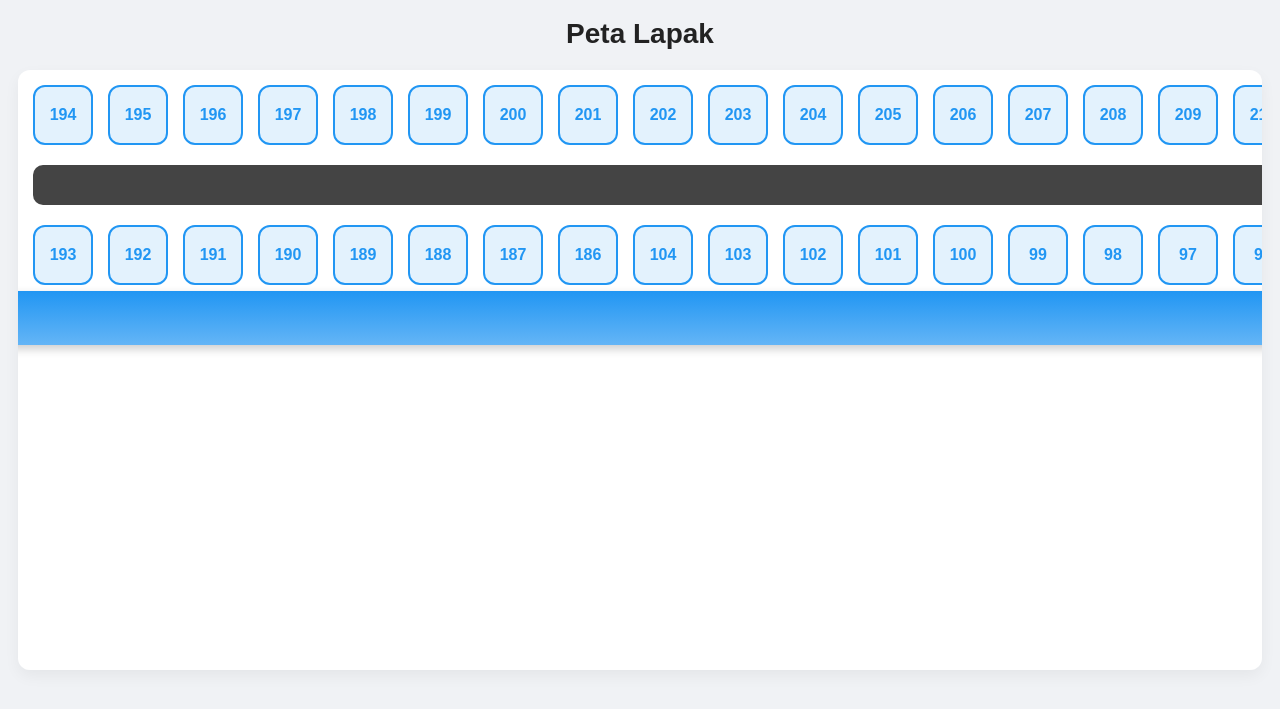
Repository: pasarrakyatbak/denah
Page: index.html
These files come from the project's save history. The page is drawn as it stood at one moment and after a run of saves; the edit follows.
The browser window is 1280 px wide. The pictures show the whole page.

Above is the page before, as saved 2025-09-19 09:15:48.

### index.html
<!DOCTYPE html>
<html lang="id">

<head>
    <meta charset="utf-8" />
    <meta name="viewport" content="width=device-width,initial-scale=1" />
    <title>Peta Lapak</title>
    <link rel="stylesheet" href="style.css" />
</head>

<body>
    <h1>Peta Lapak</h1>

    <div class="scroll-container">
        <div class="h-inner">
            <!-- Baris atas: sisi kanan -->
            <div class="row top" id="right-side"></div>

            <!-- Jalan horizontal -->
            <div class="road" id="road">JALAN</div>

            <!-- Baris bawah: sisi kiri -->
            <div class="row bottom" id="left-side"></div>
        </div>
    </div>

    <script src="script.js"></script>
</body>

</html>

### style.css
/* Reset & Base */
* {
    margin: 0;
    padding: 0;
    box-sizing: border-box;
}

body {
    font-family: 'Poppins', sans-serif;
    background: #f0f2f5;
    color: #222;
    padding: 18px;
    text-align: center;
}

h1 {
    font-size: 28px;
    margin-bottom: 20px;
}

/* Scroll container */
.scroll-container {
    position: relative;
    width: 100%;
    height: 600px;
    overflow-x: auto;
    overflow-y: auto;
    background: #fff;
    border-radius: 12px;
    padding: 15px;
    box-shadow: 0 6px 15px rgba(0, 0, 0, 0.05);
}

/* Flex column */
.h-inner {
    display: flex;
    flex-direction: column;
    gap: 20px;
    min-width: max-content;
}

/* Row lapak */
.row {
    display: flex;
    gap: 15px;
    align-items: center;
    flex-wrap: wrap;
    /* Biar responsif */
    min-width: max-content;
}

/* Kotak lapak modern */
.lapak {
    width: 60px;
    height: 60px;
    border-radius: 12px;
    background: #e3f2fd;
    border: 2px solid #2196f3;
    color: #2196f3;
    font-weight: 600;
    display: flex;
    align-items: center;
    justify-content: center;
    transition: all 0.2s ease;
    cursor: pointer;
    font-size: 16px;
}

.lapak:hover {
    background: #2196f3;
    color: #fff;
    transform: scale(1.1);
    box-shadow: 0 4px 12px rgba(0, 0, 0, 0.15);
}

/* Jalan */
.road {
    height: 40px;
    background: #444;
    color: #fff;
    display: flex;
    align-items: center;
    justify-content: center;
    border-radius: 10px;
    padding: 0 10px;
    min-width: max-content;
}

/* Gerbang */
.jalan-gerbang {
    width: 130px;
    height: 45px;
    background: #ff9800;
    color: #fff;
    display: flex;
    align-items: center;
    justify-content: center;
    border-radius: 10px;
    font-weight: 700;
    transition: all 0.2s;
}

.jalan-gerbang:hover {
    background: #fb8c00;
    transform: scale(1.05);
}

/* Container gapura lintas jalan */
.gapura-container {
    width: 60px;
    height: 60px;
    display: flex;
    flex-direction: column;
    align-items: center;
    justify-content: center;
    gap: 3px;
}

/* Simbol gapura */
.gapura-icon {
    font-size: 22px;
}

/* Panah */
.gapura-arrow {
    font-size: 18px;
    line-height: 1;
}

/* Sungai khusus untuk lapak 62 */
.lapak-wrapper[data-lapak="62"] .sungai-bawah {
    position: absolute;
    top: 100%;
    /* pas di bawah kotak */
    left: 50%;
    transform: translateX(-50%);
    width: 80px;
    /* biar tidak terlalu panjang */
    height: 25px;
    /* lebih kecil */
    background: linear-gradient(to bottom, #2196f3, #64b5f6);
    border-radius: 8px;
    color: #fff;
    font-size: 0.7em;
    font-weight: 600;
    display: flex;
    align-items: center;
    justify-content: center;
    box-shadow: 0 2px 6px rgba(0, 0, 0, 0.2);
    white-space: nowrap;
}

/* Sungai di bawah lapak */
.sungai-bawah {
    position: absolute;
    top: 105%;
    /* sedikit jarak */
    left: 50%;
    transform: translateX(-50%);
    width: 130%;
    /* relatif terhadap lebar lapak */
    height: 90%;
    /* relatif terhadap tinggi lapak */
    background: linear-gradient(to bottom, #2196f3, #64b5f6);
    border-radius: 10px;
    color: #fff;
    font-size: 0.8em;
    font-weight: bold;
    display: flex;
    flex-direction: column;
    align-items: center;
    justify-content: center;
    line-height: 1.2;
    box-shadow: 0 4px 10px rgba(0, 0, 0, 0.2);
}

.sungai-bawah span {
    font-size: 0.7em;
    font-weight: 600;
}

/* Responsive Breakpoints */

/* Tablet landscape & kecil (max 1200px) */
@media(max-width:1200px) {
    .scroll-container {
        height: 500px;
    }

    .lapak {
        width: 55px;
        height: 55px;
        font-size: 15px;
    }
}

/* Tablet portrait (max 900px) */
@media(max-width:900px) {
    .scroll-container {
        height: 450px;
    }

    .lapak {
        width: 50px;
        height: 50px;
        font-size: 14px;
    }

    .jalan-gerbang {
        width: 100px;
        height: 38px;
        font-size: 13px;
    }

    .sungai-bawah {
        width: 120%;
        height: 85%;
        font-size: 0.75em;
    }
}

/* Smartphone (max 600px) */
@media(max-width:600px) {
    body {
        padding: 10px;
    }

    h1 {
        font-size: 22px;
    }

    .scroll-container {
        height: 400px;
        padding: 10px;
    }

    .lapak {
        width: 45px;
        height: 45px;
        font-size: 13px;
    }

    .jalan-gerbang {
        width: 90px;
        height: 34px;
        font-size: 12px;
    }

    .sungai-bawah {
        width: 110%;
        height: 80%;
        font-size: 0.7em;
    }
}

/* Smartphone kecil (max 480px) */
@media(max-width:480px) {
    .lapak {
        width: 40px;
        height: 40px;
        font-size: 12px;
    }

    .jalan-gerbang {
        width: 80px;
        height: 32px;
        font-size: 11px;
    }

    .sungai-bawah {
        width: 105%;
        height: 75%;
        font-size: 0.65em;
    }
}

### script.js
// DATA NOMOR
const leftNumbers = [
    1, 2, 3, 4, 5, 6, 7, 8, 9, 10, 11, 15, 16, 17, 18, 19, 20, 21, 22, 23, 24,
    25, 26, 27, 28, 29, 30, 31, 32, 33, 34, 35, 36, 37, 38, 39, 40, 41, 42, 43,
    44, 45, 46, 47, 48, 49, 50, 51, 52, 53, 54, 55, 56, 57, 58, 59, 60, 61, 62,
    63, 64, 65, 66, 67, 68, 69, 70, 71, 72, 73, 74, 75, 76, 77, 78, 79, 80, 81,
    82, 83, 84, 85, 86, 87, 88, 89, 90, 91, 92, 93, 94, 95, 96, 97, 98, 99, 100,
    101, 102, 103, 104, 186, 187, 188, 189, 190, 191, 192, 193
];
const rightNumbers = [
    194, 195, 196, 197, 198, 199, 200, 201, 202, 203, 204, 205, 206, 207, 208,
    209, 210, 211, 212, 213, 105, 106, 107, 108, 109, 110, 111, 112, 113, 114,
    115, 116, 117, 118, 119, 120, 121, 122, 123, 124, 125, 126, 127, 128, 129,
    130, 131, 132, 133, 134, 135, 136, 137, 138, 214, 215, 216, 139, 140, 141,
    142, 143, 144, 145, 146, 147, 148, 149, 150, 151, 152, 153, 154, 155, 156,
    157, 158, 159, 160, 161, 162, 163, 164, 165, 166, 167, 168, 169, 170, 171,
    172, 173, 174, 175, 176, 177, 178, 179, 180, 181, 182, 183, 184, 185
];

const rightSide = document.getElementById('right-side');
const leftSide = document.getElementById('left-side');

// Fungsi buat lapak
function makeLapak(num) {
    const d = document.createElement('div');
    d.className = 'lapak';
    d.textContent = num;
    return d;
}
rightNumbers.forEach(n => rightSide.appendChild(makeLapak(n)));
leftNumbers.slice().reverse().forEach(n => leftSide.appendChild(makeLapak(n)));

// Gerbang di sisi kiri
function insertGerbangBetween(parent, a, b, label = 'Gerbang Sekolah') {
    const children = Array.from(parent.children);
    const idxA = children.findIndex(c => c.textContent == String(a));
    const idxB = children.findIndex(c => c.textContent == String(b));
    if (idxA === -1 || idxB === -1) return;
    const insertAfterIndex = Math.min(idxA, idxB);
    const refNode = parent.children[insertAfterIndex + 1] || null;
    const g = document.createElement('div');
    g.className = 'jalan-gerbang';
    g.textContent = label;
    parent.insertBefore(g, refNode);
}
insertGerbangBetween(leftSide, 2, 3);
insertGerbangBetween(leftSide, 11, 15);
// Fungsi buat gapura lintas jalan dengan garis penghubung
function insertGapuraLintasJalan(leftParent, rightParent, a, b) {
    const leftChildren = Array.from(leftParent.children);
    const rightChildren = Array.from(rightParent.children);

    const idxLeft = leftChildren.findIndex(c => c.textContent == String(a));
    const idxRight = rightChildren.findIndex(c => c.textContent == String(b));

    if (idxLeft === -1 || idxRight === -1) return;

    // Buat gapura bawah (⛩️ + panah ke atas)
    const gapuraBottom = document.createElement('div');
    gapuraBottom.className = 'gapura-container';
    gapuraBottom.innerHTML = `
        <div class="gapura-icon">⛩️</div>
        <div class="gapura-arrow">⬆️</div>
    `;
    leftParent.insertBefore(gapuraBottom, leftParent.children[idxLeft + 1]);

    // Buat gapura atas (panah ke bawah + ⛩️)
    const gapuraTop = document.createElement('div');
    gapuraTop.className = 'gapura-container';
    gapuraTop.innerHTML = `
        <div class="gapura-arrow">⬇️</div>
        <div class="gapura-icon">⛩️</div>
    `;
    rightParent.insertBefore(gapuraTop, rightParent.children[idxRight]);

    // Buat garis penghubung (connector) di jalan
    const road = document.getElementById("road");
    const connector = document.createElement("div");
    connector.className = "gapura-connector";
    road.appendChild(connector);
}

// Tambah gapura lintas jalan antara 57-58 (bawah) dan 145-146 (atas)
insertGapuraLintasJalan(leftSide, rightSide, 57, 146);
function placeSungaiBelowLapak(parent, targetNum) {
    const target = Array.from(parent.children)
        .find(c => c.textContent == String(targetNum));

    if (!target) return;

    const rect = target.getBoundingClientRect();
    const containerRect = parent.getBoundingClientRect();

    const sungai = document.createElement("div");
    sungai.className = "sungai-bawah";
    sungai.innerHTML = "🌉<span>Sungai</span>";

    sungai.style.left = (rect.left - containerRect.left) + "px";
    sungai.style.top = (rect.bottom - containerRect.top + 6) + "px";

    parent.style.position = "relative";
    parent.appendChild(sungai);
}

// panggil khusus lapak 62
placeSungaiBelowLapak(leftSide, 62);

After the next 2 saves:
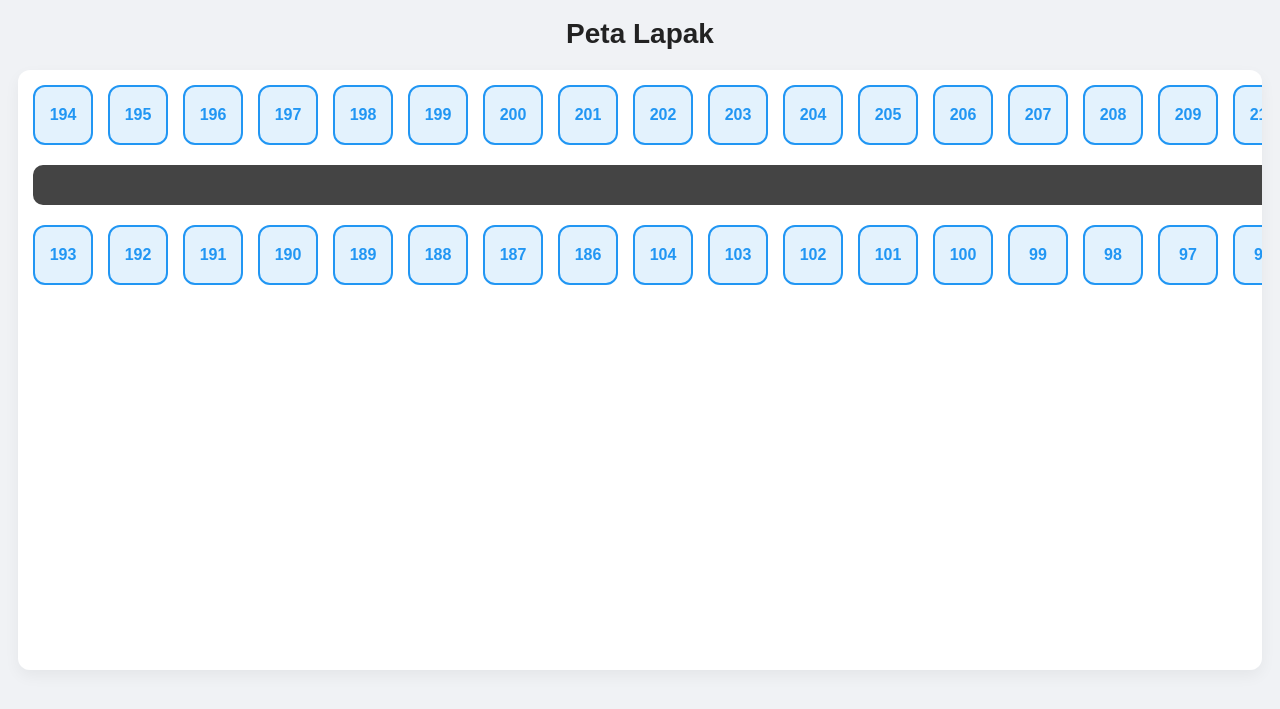
The 2 saves are shown as one change because they came seconds apart.
The last was saved 32 s later.
--- a/style.css
+++ b/style.css
@@ -150,28 +150,8 @@ h1 {
     white-space: nowrap;
 }
 
-/* Sungai di bawah lapak */
 .sungai-bawah {
-    position: absolute;
-    top: 105%;
-    /* sedikit jarak */
-    left: 50%;
-    transform: translateX(-50%);
-    width: 130%;
-    /* relatif terhadap lebar lapak */
-    height: 90%;
-    /* relatif terhadap tinggi lapak */
-    background: linear-gradient(to bottom, #2196f3, #64b5f6);
-    border-radius: 10px;
-    color: #fff;
-    font-size: 0.8em;
-    font-weight: bold;
-    display: flex;
-    flex-direction: column;
-    align-items: center;
-    justify-content: center;
-    line-height: 1.2;
-    box-shadow: 0 4px 10px rgba(0, 0, 0, 0.2);
+    display: none;
 }
 
 .sungai-bawah span {
